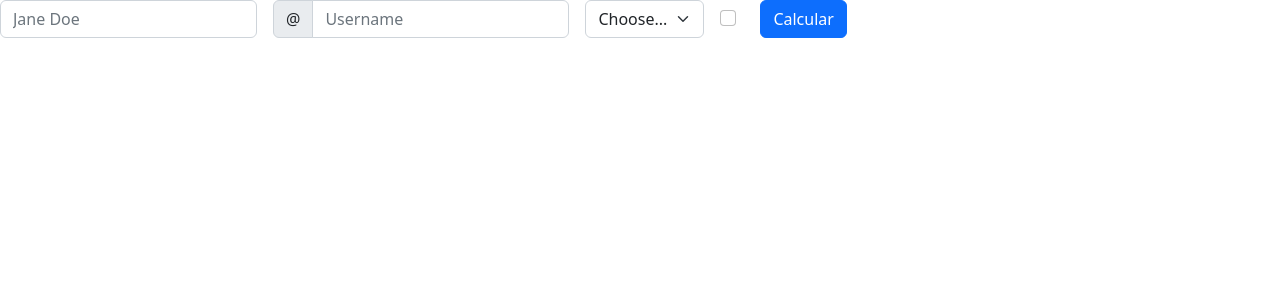
Repository: JuniorMagalhaesDeAlcantara/Fale-Mais
Page: falemais/src/main/resources/templates/index.html
The author's editor kept a copy of each file at every save. The page is drawn from the files as they stood at one save, then again after the next save.
The browser window is 1280 px wide. The page is 1288 px wide, so the pictures cover 1288 px, including what lies to the right of the window. The pictures show the whole page.

Above is the page before, as saved 2022-08-03 17:15:32.

### falemais/src/main/resources/templates/index.html
<!DOCTYPE html>
<html lang="pt-br">
<head>
    <meta charset="UTF-8">
    <meta http-equiv="X-UA-Compatible" content="IE=edge">
    <meta name="viewport" content="width=device-width, initial-scale=1.0">

    <!-- CSS only -->
<link href="https://cdn.jsdelivr.net/npm/bootstrap@5.2.0/dist/css/bootstrap.min.css" rel="stylesheet" integrity="sha384-gH2yIJqKdNHPEq0n4Mqa/HGKIhSkIHeL5AyhkYV8i59U5AR6csBvApHHNl/vI1Bx" crossorigin="anonymous">

    <title>Fale Mais</title>
</head>
<body>
    <form class="row gy-2 gx-3 align-items-center">
        <div class="col-auto">
          <label class="visually-hidden" for="autoSizingInput">Name</label>
          <input type="text" class="form-control" id="autoSizingInput" placeholder="Jane Doe">
        </div>
        <div class="col-auto">
          <label class="visually-hidden" for="autoSizingInputGroup">Username</label>
          <div class="input-group">
            <div class="input-group-text">@</div>
            <input type="text" class="form-control" id="autoSizingInputGroup" placeholder="Username">
          </div>
        </div>
        <div class="col-auto">
          <label class="visually-hidden" for="autoSizingSelect">Preference</label>
          <select class="form-select" id="autoSizingSelect">
            <option selected>Choose...</option>
            <option value="1">One</option>
            <option value="2">Two</option>
            <option value="3">Three</option>
          </select>
        </div>
        <div class="col-auto">
          <div class="form-check">
            <input class="form-check-input" type="checkbox" id="autoSizingCheck">
            <label class="form-check-label" for="autoSizingCheck">

            </label>
          </div>
        </div>
        <div class="col-auto">
          <button type="submit" class="btn btn-primary">Calcular</button>
        </div>
      </form>
</body>
</html>

After the next save:
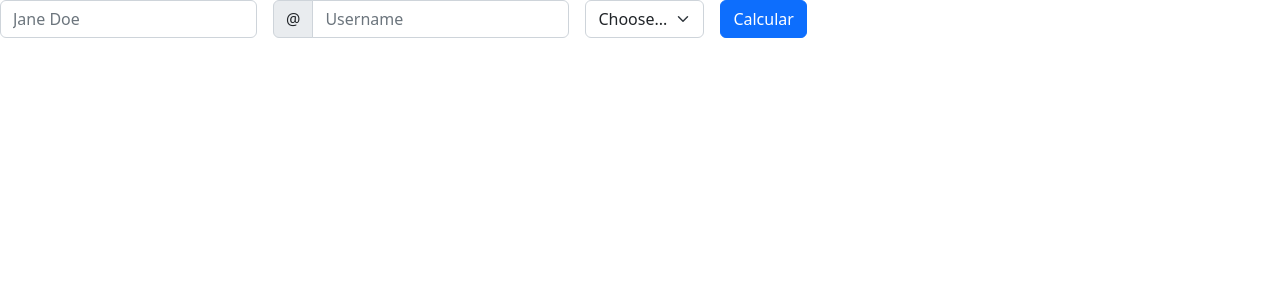
Saved 117 s later.
--- a/falemais/src/main/resources/templates/index.html
+++ b/falemais/src/main/resources/templates/index.html
@@ -12,6 +12,7 @@
 </head>
 <body>
     <form class="row gy-2 gx-3 align-items-center">
+
         <div class="col-auto">
           <label class="visually-hidden" for="autoSizingInput">Name</label>
           <input type="text" class="form-control" id="autoSizingInput" placeholder="Jane Doe">
@@ -32,14 +33,7 @@
             <option value="3">Three</option>
           </select>
         </div>
-        <div class="col-auto">
-          <div class="form-check">
-            <input class="form-check-input" type="checkbox" id="autoSizingCheck">
-            <label class="form-check-label" for="autoSizingCheck">
 
-            </label>
-          </div>
-        </div>
         <div class="col-auto">
           <button type="submit" class="btn btn-primary">Calcular</button>
         </div>
